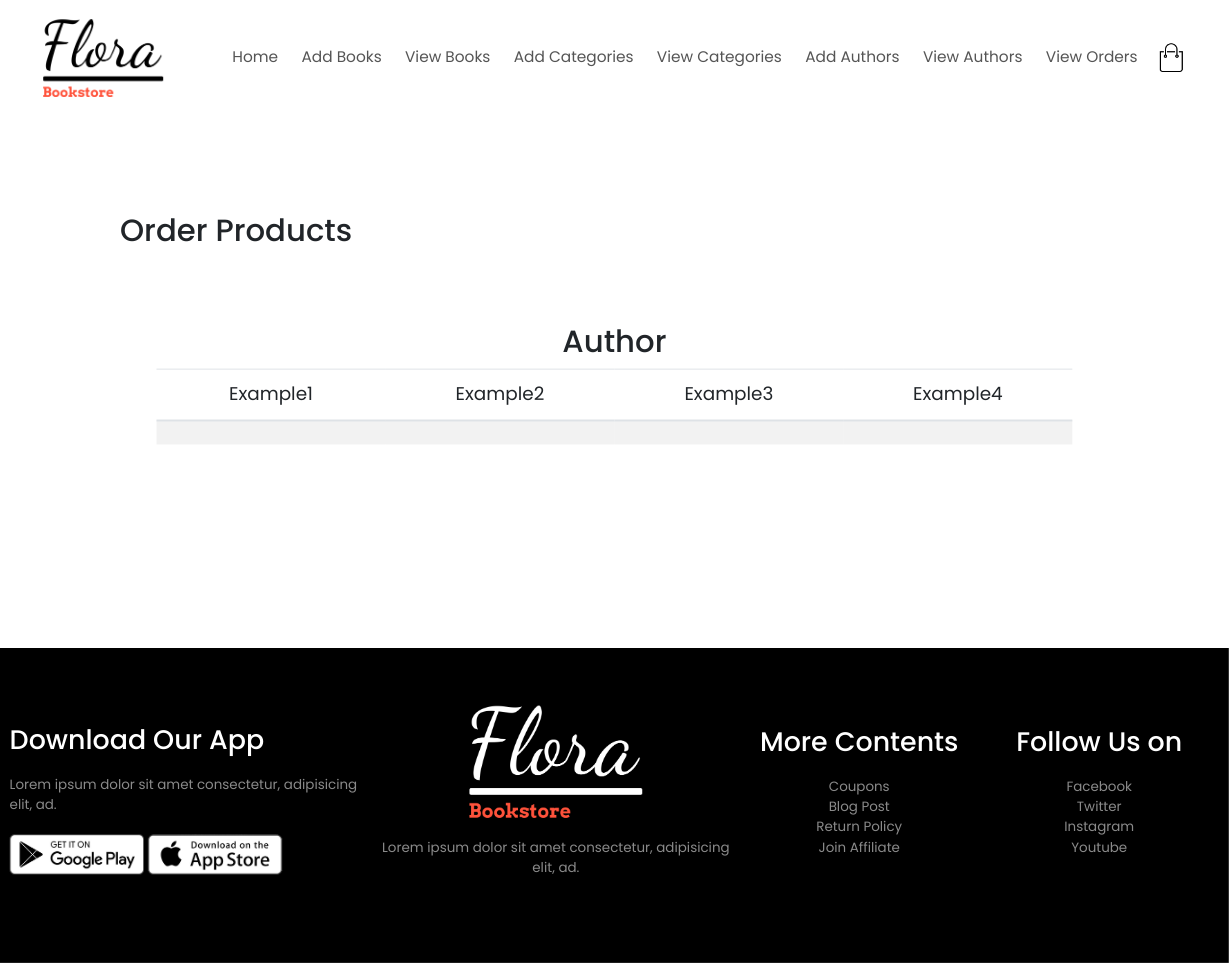
Repository: Uncaught-TypeError/Book-Store-System
Page: http://localhost/detailorder
An editor plug-in stored every save of this project. The page is shown before and after the next save, followed by the edit.
The browser window is 1280 px wide. The pictures show the whole page, at 96% of full size.
Some web libraries are served in a nearby version. The page is this project's Thymeleaf template; nobody is signed in. The template is opened directly, without the code that normally fills it, so the values that code supplies are empty.

Above is the page before, as saved 2022-12-30 17:02:42.

After the next save:
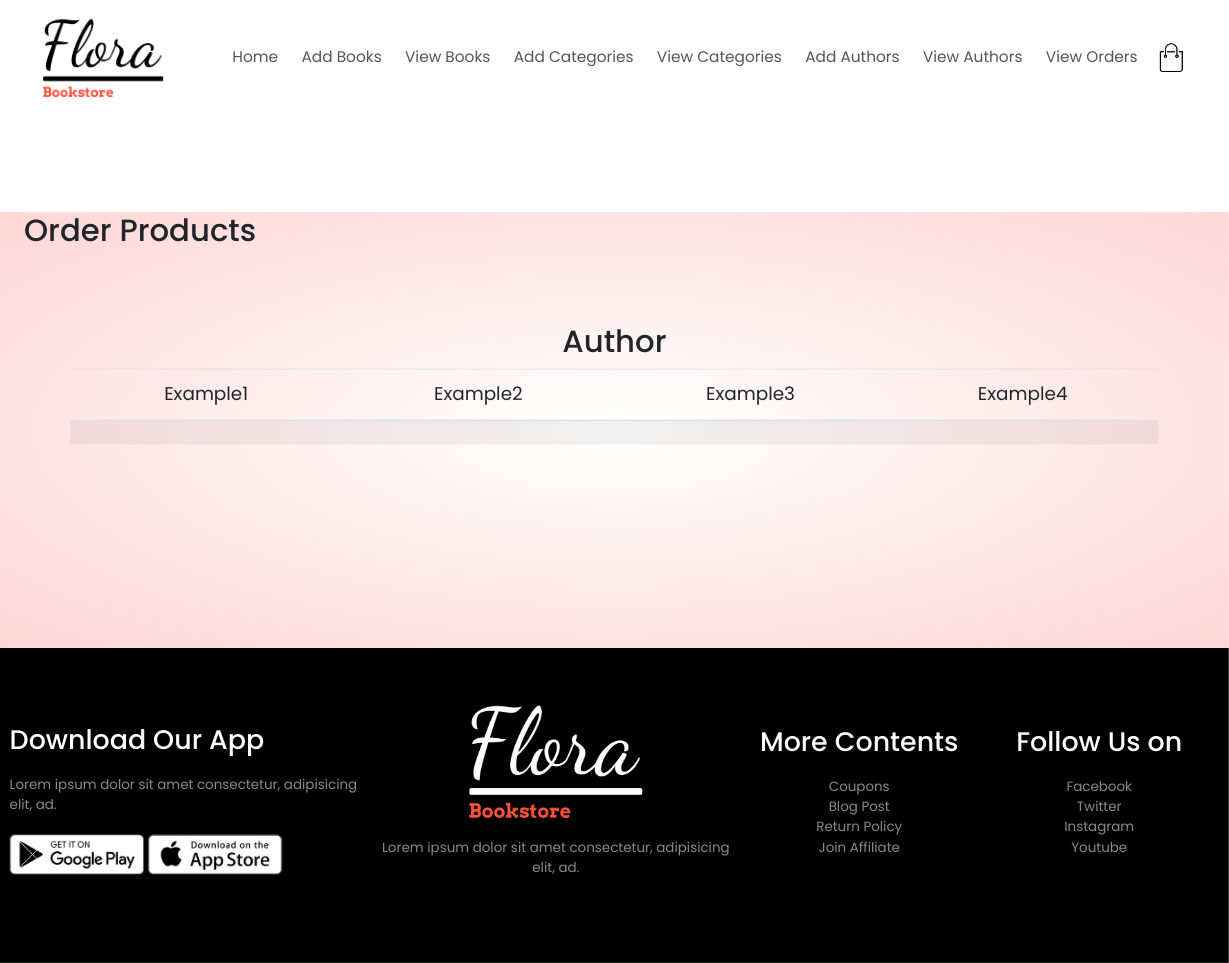
Saved 3 min 14 s later.
--- a/Thymeleaf_Projects_Book_Store/src/main/resources/templates/detailorder.html
+++ b/Thymeleaf_Projects_Book_Store/src/main/resources/templates/detailorder.html
@@ -37,7 +37,7 @@
 
     <!-- feature products -->
 
-    <div class="small-container">
+    <div class="small-container2">
         <div class="row row-2">
             <h2>Order Products</h2>
             <th:block th:each="order:${orderdetail}">

After the save that followed:
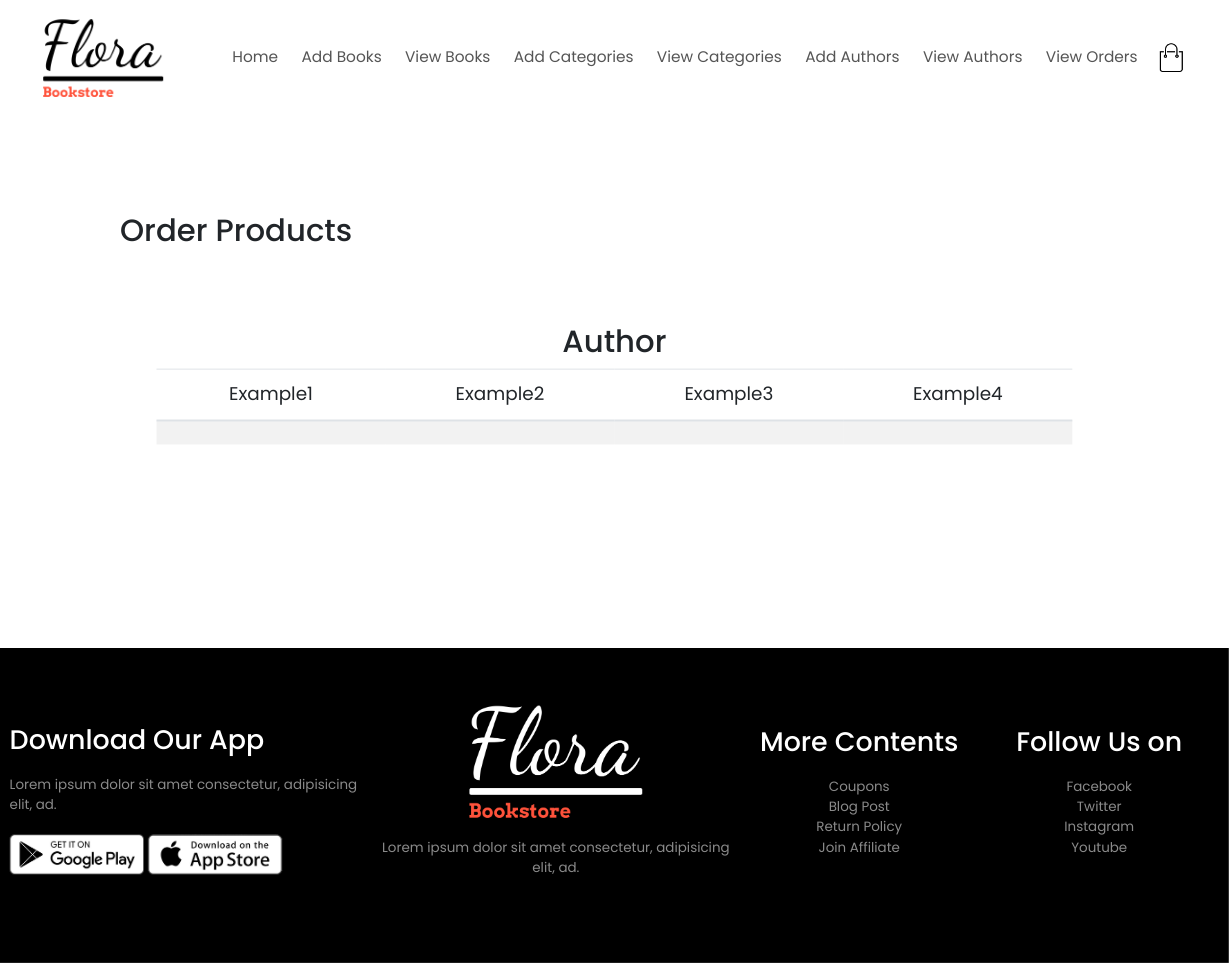
Saved 8 s later.
--- a/Thymeleaf_Projects_Book_Store/src/main/resources/templates/detailorder.html
+++ b/Thymeleaf_Projects_Book_Store/src/main/resources/templates/detailorder.html
@@ -37,7 +37,7 @@
 
     <!-- feature products -->
 
-    <div class="small-container2">
+    <div class="small-container">
         <div class="row row-2">
             <h2>Order Products</h2>
             <th:block th:each="order:${orderdetail}">
